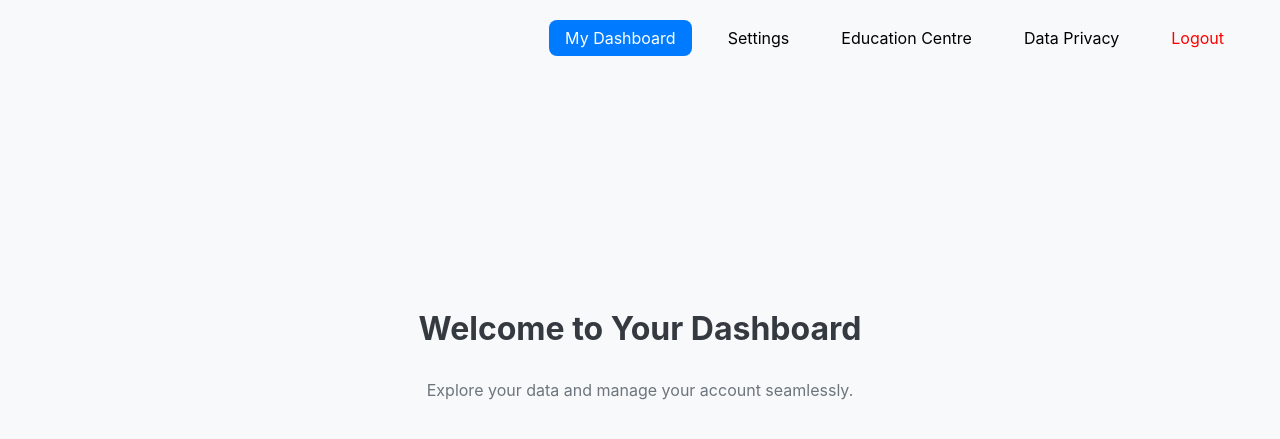
Repository: aab232/https---github.com-aab232-Deferred-Payment-Platform
Page: /main (app in frontend/)
The author's editor kept a copy of each file at every save. The page is drawn from the files as they stood at one save, then again after the next save.
The browser window is 1280 px wide. The pictures show the whole page.
The pointer rests on the first visible `.tab`.
The project was rebuilt for these pictures with package versions that can differ from the ones it lists, and the page was loaded fresh each time. Also part of the build but not shown: frontend/src/components/Home.js, frontend/src/components/Form.css, frontend/src/components/Register.js, frontend/src/components/Login.js.

Above is the page before, as saved 2025-03-19 13:46:38.

After the next save:
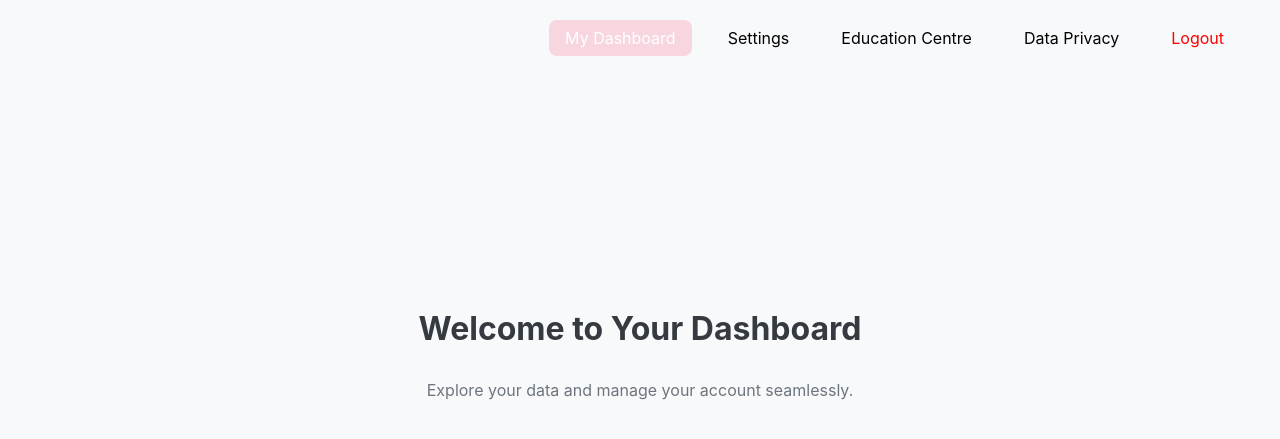
Saved 44 s later.
--- a/frontend/src/components/Main.css
+++ b/frontend/src/components/Main.css
@@ -23,7 +23,7 @@
   }
 
   .tab:hover {
-    background: #007bff;
+    background: #F7D6E0;
     color: white;
   }
 
